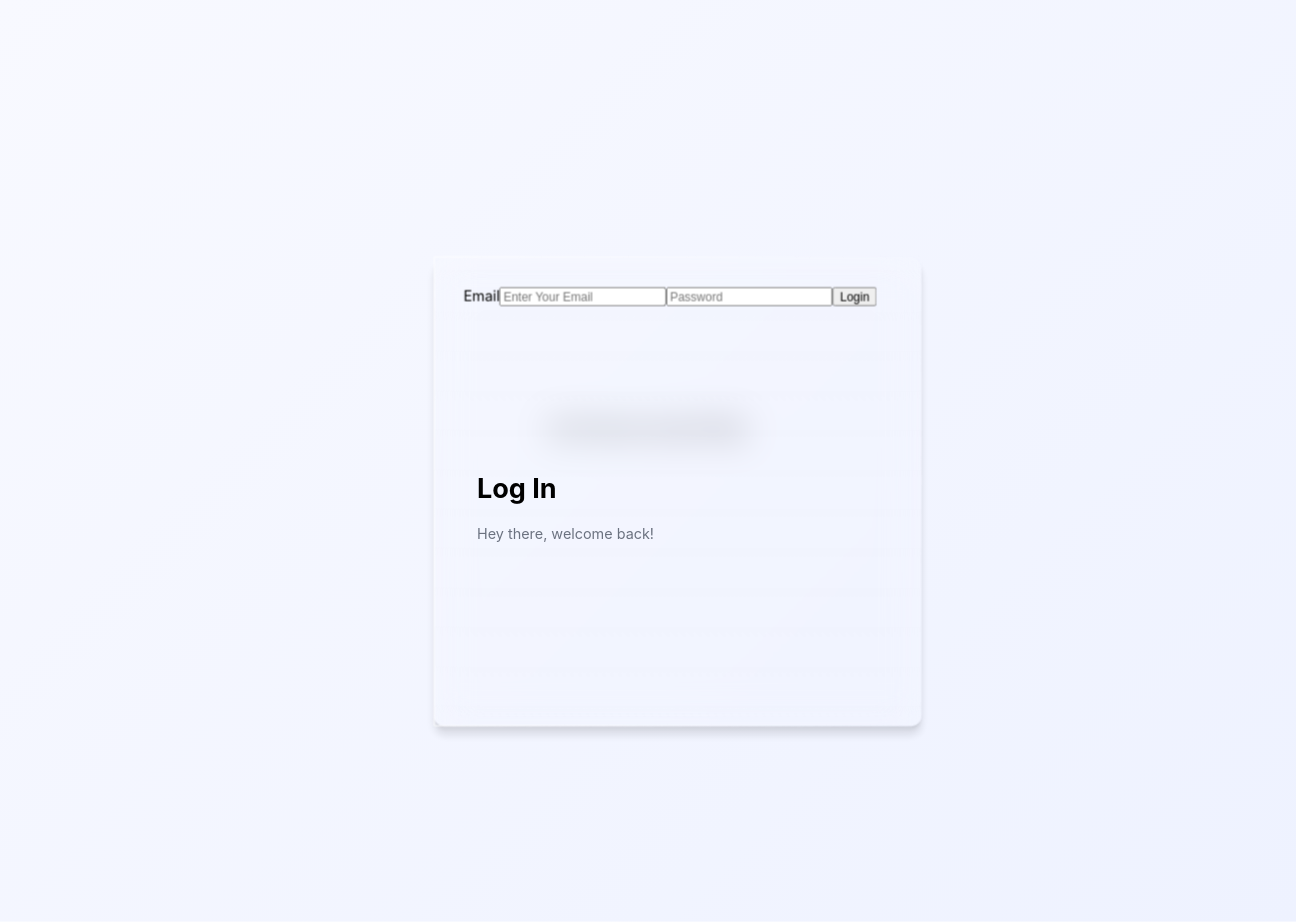
Repository: AfifaNoor/Admin_Panel-React-
Page: /
These files come from the project's save history. The page is drawn as it stood at one moment and after the next save; the edit follows.
The browser window is 1280 px wide. The page is 1440 px wide, so the pictures cover 1440 px, including what lies to the right of the window. The pictures show the whole page, at 90% of full size.
The project was rebuilt for these pictures with package versions that can differ from the ones it lists, and the page was loaded fresh each time. Also part of the build but not shown: src/SignUp.jsx.

Above is the page before, as saved 2025-07-10 15:49:26.

### src/App.js
import React from 'react'
import LoginPage from './LoginPage'
import { RouterProvider } from 'react-router-dom'
import Router from './Router'

const App = () => {
  return (
    <>
      {/* <RouterProvider router={Router}/> */}
      <LoginPage/>
    </>


  )
}

export default App

### src/LoginPage.jsx
import React, { useState } from 'react'
// import {Navigate, useNavigate} from 'react-router-dom';
import "./LoginPage.css"
import { ToastContainer, toast } from 'react-toastify';
import 'react-toastify/dist/ReactToastify.css';

const LoginPage = () => {
    const[email , setEmail]=useState('')
    const [password , setPassword] = useState('')
    // const navigate= useNavigate();

const handleSubmit =(e)=>{
    e.preventDefault();

 const hardcoreMail="login@gmail.com";
 const hardcorePassword = '1234567'

    if (email=== hardcoreMail && password === hardcorePassword){
        alert("Login Successfull")

    }else{
        alert("Invalid Credential")
    }

}



  return (
 <div className="login-container">

      <div className="signup-redirect">
        <p>
          Don’t have an account?{' '}
          {/* <span className="signup-link" onClick={() => navigate('/sign-up')}> */}
            {/* Sign Up */}
          {/* </span> */}
          <span className="signup-link" >
            Sign
          </span>
        </p>
      </div>

      <div className="title">
        <h1>Log In</h1>
        <p>Hey there, welcome back!</p>
      </div>

    <div>



    </div>

      <form className="login-form" onSubmit={handleSubmit}>
      <label className='form-label'>Email</label>
        <input
          type="email"
          className="form-input"
          value={email}
          placeholder="Enter Your Email"
          onChange={(e) => setEmail(e.target.value)}
          required
        />

        <input
          type="password"
          className="form-input"
          placeholder="Password"
          value={password}
          onChange={(e) => setPassword(e.target.value)}
          required
        />

        <button className="login-btn" type="submit">
          Login
        </button>

        {/* <ToastContainer /> */}
      </form>
    </div>
  );
}

export default LoginPage

### src/Router.jsx
import React from 'react';
import { createBrowserRouter , createRoutesFromElements , Route } from 'react-router-dom';
import LoginPage from './LoginPage';
import SignUp from './SignUp';

const Router = createBrowserRouter(
  createRoutesFromElements(
    <>

      <Route path='/sign-up' element={<SignUp/>}/>
      <Route path='login-page' element={<LoginPage/>}/>
    </>
  )
)

export default Router;

### src/LoginPage.css
.login-container {
  width: 1440px;
  height: 1024px;
  /* background: #FFFFFF; */
  opacity: 1;
  transform: rotate(0deg);
  display: flex;
  justify-content: center;
  align-items: center;
  background: linear-gradient(135deg, #f8f9ff, #eef2ff);
  flex-direction: column;
  /* font-family: 'Inter','sans-serif'; */
  position: relative;


}


.title{
  z-index: 3;
  width: 380px;
  height: 72px;
  opacity: 1;
  gap: 10px;

}

.title h1 {
width: 380px;
height: 40px;
font-family: 'Inter', sans-serif;
font-weight: 600px;
font-size: 30px;
line-height: 40px;
letter-spacing: -1%;
}

.title p{
  font-size: 16px;
  font-style: Inter;
  font-weight: 400px;
  font-style:normal;
  line-height: 22px;
  letter-spacing: -1%;
  color: rgba(107, 114, 128, 1);

}

.login-form{
  width: 476px;
  height: 456px;
  position: absolute;
  top: 284.5px;
  left: 482px;
  border-radius: 12px;
  padding: 32px;
  gap: 10px;
  opacity: 1;
  flex-direction: column;

  z-index: 2;

  background: linear-gradient(180deg, rgba(255, 255, 255, 0) -9.58%, rgba(255, 255, 255, 0.052) 100%);
  border: 1px solid transparent;
  border-image-source: linear-gradient(93.78deg, #FFFFFF 8.04%, rgba(255, 255, 255, 0) 100%);
  border-image-slice: 1;


-webkit-backdrop-filter: blur(20px);
backdrop-filter: blur(20px);

box-shadow:
  0px 10px 10px 0px rgba(0, 0, 0, 0.10),
  0px 4px 4px 0px rgba(0, 0, 0, 0.05),
  0px 1px 0px 0px rgba(0, 0, 0, 0.05),
  inset 0px 20px 50px 0px rgba(255, 255, 255, 0.15);

}

Loaded but not shown: public/index.html (common file); src/index.js (common file); src/index.css (common file); src/reportWebVitals.js (common file)

After the next save:
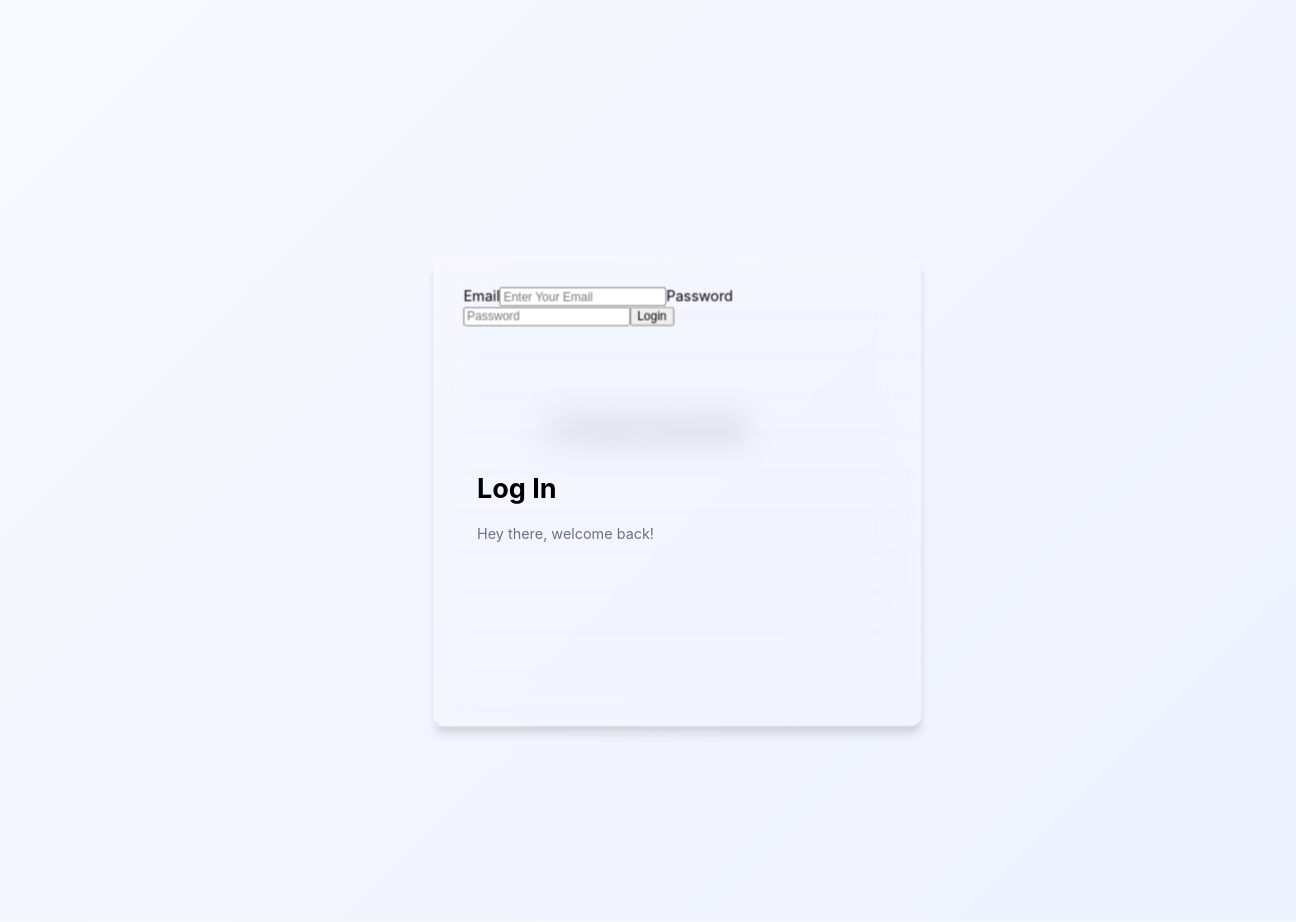
Saved 37 s later.
--- a/src/LoginPage.jsx
+++ b/src/LoginPage.jsx
@@ -63,6 +63,7 @@ const handleSubmit =(e)=>{
           required
         />
 
+        <label className='form-label'>Password</label>
         <input
           type="password"
           className="form-input"
